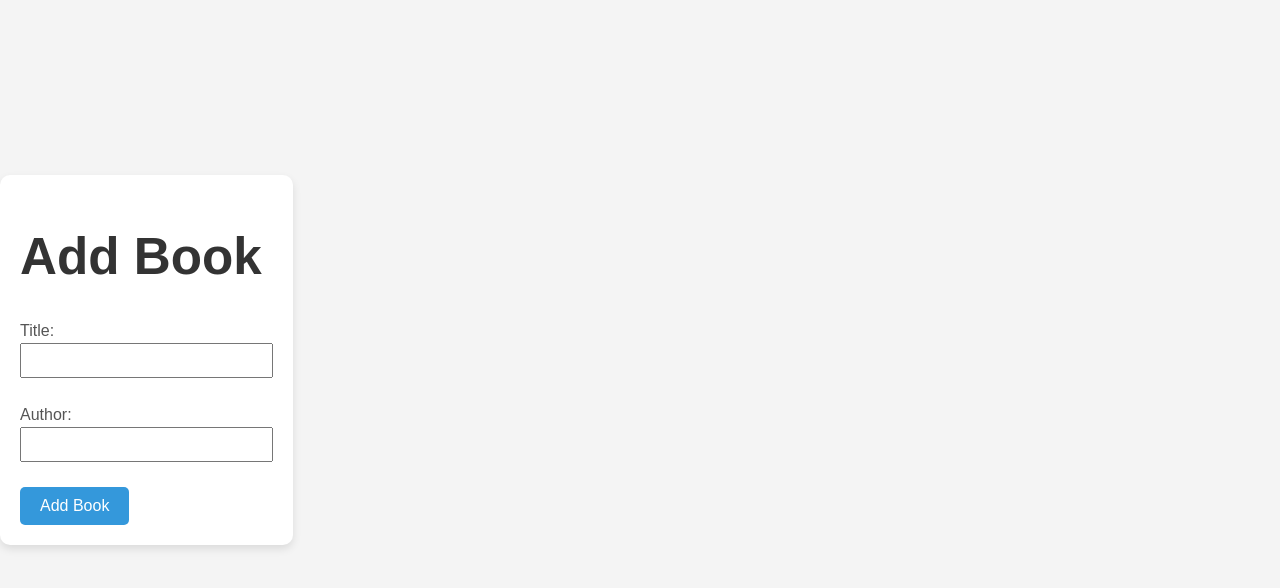
Repository: KanmegneTabouguie/librarymanagement
Page: /add (app in frontend/library-frontend/)
The author's editor kept a copy of each file at every save. The page is drawn from the files as they stood at one save, then again after the next save.
The browser window is 1280 px wide. The pictures show the whole page.
The project was rebuilt for these pictures with package versions that can differ from the ones it lists, and the page was loaded fresh each time. Also part of the build but not shown: frontend/library-frontend/vite.config.js, frontend/library-frontend/src/components/UpdateBook.jsx, frontend/library-frontend/src/components/DeleteBook.jsx, frontend/library-frontend/src/components/PublishBook.jsx, frontend/library-frontend/src/components/ReturnBook.jsx.

Above is the page before, as saved 2024-02-23 03:41:27.

### frontend/library-frontend/src/App.jsx
// eslint-disable-next-line no-unused-vars
import React from 'react';
import { BrowserRouter as Router, Route, Routes } from 'react-router-dom';
import AddBook from './components/AddBook';
import UpdateBook from './components/UpdateBook';
import DeleteBook from './components/DeleteBook';
import PublishBook from './components/PublishBook';
import ReturnBook from './components/ReturnBook';

function App() {
  return (
    <Router>
      <div className="App">
        <Routes>
          <Route path="/add" element={<AddBook />} />
          <Route path="/update/:id" element={<UpdateBook />} />
          <Route path="/delete/:id" element={<DeleteBook />} />
          <Route path="/publish/:id" element={<PublishBook />} />
          <Route path="/return/:id" element={<ReturnBook />} />
        </Routes>
      </div>
    </Router>
  );
}

export default App;

### frontend/library-frontend/src/components/AddBook.jsx
// src/components/AddBook.js
// eslint-disable-next-line no-unused-vars
import React, { useState } from 'react';
import axios from 'axios';
import './AddBook.css';

const AddBook = () => {
  const [title, setTitle] = useState('');
  const [author, setAuthor] = useState('');
  const [isModalOpen, setModalOpen] = useState(false);
  const [confirmationMessage, setConfirmationMessage] = useState('');

  const handleAddBook = () => {
    axios.post('http://localhost:3001/books', { title, author })
      .then(response => {
        setConfirmationMessage(`Book "${response.data.title}" by ${response.data.author} added successfully!`);
        setModalOpen(true);
      })
      .catch(error => {
        console.error('Error adding book:', error);
        setConfirmationMessage('Failed to add book. Please try again.');
        setModalOpen(true);
      });
  };

  const closeModal = () => {
    setModalOpen(false);
    setConfirmationMessage('');
  };

  return (
    <div className="page-container">
      <div className="form-container">
        <h1>Add Book</h1>
        <label>Title: <input type="text" value={title} onChange={e => setTitle(e.target.value)} /></label>
        <label>Author: <input type="text" value={author} onChange={e => setAuthor(e.target.value)} /></label>
        <button className="add-book-button" onClick={handleAddBook}>Add Book</button>
      </div>

      {isModalOpen && (
        <div className="modal-overlay">
          <div className="modal">
            <p>{confirmationMessage}</p>
            <button className="close-button" onClick={closeModal}>Close</button>
          </div>
        </div>
      )}
    </div>
  );
};

export default AddBook;

### frontend/library-frontend/src/components/AddBook.css
/* AddBook.css */

body {
    margin: 0;
    padding: 0;
    font-family: 'Arial', sans-serif;
    background-color: #f4f4f4;
  }

  .page-container {
    max-width: 600px;
    margin: 50px auto;
    padding: 20px;
    background-color: #fff;
    border-radius: 10px;
    box-shadow: 0 4px 8px rgba(0, 0, 0, 0.1);
  }

  h1 {
    color: #333;
  }

  label {
    display: block;
    margin-bottom: 10px;
    color: #555;
  }

  input {
    width: 100%;
    padding: 8px;
    margin-bottom: 15px;
    box-sizing: border-box;
  }

  .add-book-button {
    padding: 10px 20px;
    background-color: #3498db;
    color: #fff;
    border: none;
    border-radius: 5px;
    cursor: pointer;
    font-size: 16px;
    transition: background-color 0.3s ease-in-out;
  }

  .add-book-button:hover {
    background-color: #2980b9;
  }

  .modal-overlay {
    position: fixed;
    top: 0;
    left: 0;
    width: 100%;
    height: 100%;
    background: rgba(0, 0, 0, 0.5);
    display: flex;
    justify-content: center;
    align-items: center;
  }

  .modal {
    background: linear-gradient(135deg, #3498db, #8e44ad);
    padding: 20px;
    border-radius: 10px;
    text-align: center;
    box-shadow: 0 4px 8px rgba(0, 0, 0, 0.2);
    color: #fff;
  }

  .modal p {
    font-size: 18px;
    margin-bottom: 20px;
  }

  .modal button {
    margin-top: 10px;
    padding: 10px 20px;
    background-color: #2ecc71;
    color: #fff;
    border: none;
    border-radius: 5px;
    cursor: pointer;
    font-size: 16px;
    transition: background-color 0.3s ease-in-out;
  }

  .modal button:hover {
    background-color: #27ae60;
  }

Loaded but not shown: frontend/library-frontend/index.html (common file); frontend/library-frontend/src/main.jsx (common file); frontend/library-frontend/src/index.css (common file)

After the next save:
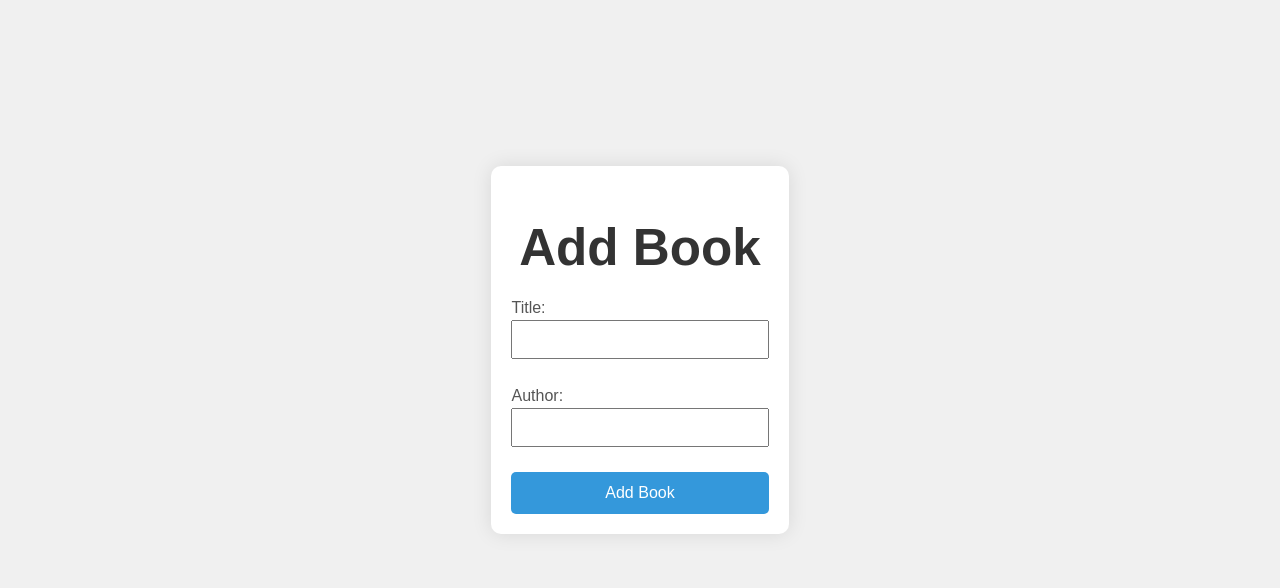
Saved 15 s later.
--- a/frontend/library-frontend/src/components/AddBook.css
+++ b/frontend/library-frontend/src/components/AddBook.css
@@ -4,20 +4,31 @@ body {
     margin: 0;
     padding: 0;
     font-family: 'Arial', sans-serif;
-    background-color: #f4f4f4;
+    background-color: #f0f0f0;
+    display: flex;
+    align-items: center;
+    justify-content: center;
+    height: 100vh;
   }
 
   .page-container {
-    max-width: 600px;
-    margin: 50px auto;
+    display: flex;
+    flex-direction: column;
+    align-items: center;
+  }
+
+  .form-container {
+    background-color: #fff;
     padding: 20px;
-    background-color: #fff;
     border-radius: 10px;
-    box-shadow: 0 4px 8px rgba(0, 0, 0, 0.1);
+    box-shadow: 0 0 20px rgba(0, 0, 0, 0.1);
+    margin-bottom: 20px;
   }
 
   h1 {
     color: #333;
+    text-align: center;
+    margin-bottom: 20px;
   }
 
   label {
@@ -28,13 +39,14 @@ body {
 
   input {
     width: 100%;
-    padding: 8px;
+    padding: 10px;
     margin-bottom: 15px;
     box-sizing: border-box;
   }
 
   .add-book-button {
-    padding: 10px 20px;
+    width: 100%;
+    padding: 12px;
     background-color: #3498db;
     color: #fff;
     border: none;
@@ -56,8 +68,8 @@ body {
     height: 100%;
     background: rgba(0, 0, 0, 0.5);
     display: flex;
+    align-items: center;
     justify-content: center;
-    align-items: center;
   }
 
   .modal {
@@ -75,7 +87,6 @@ body {
   }
 
   .modal button {
-    margin-top: 10px;
     padding: 10px 20px;
     background-color: #2ecc71;
     color: #fff;
